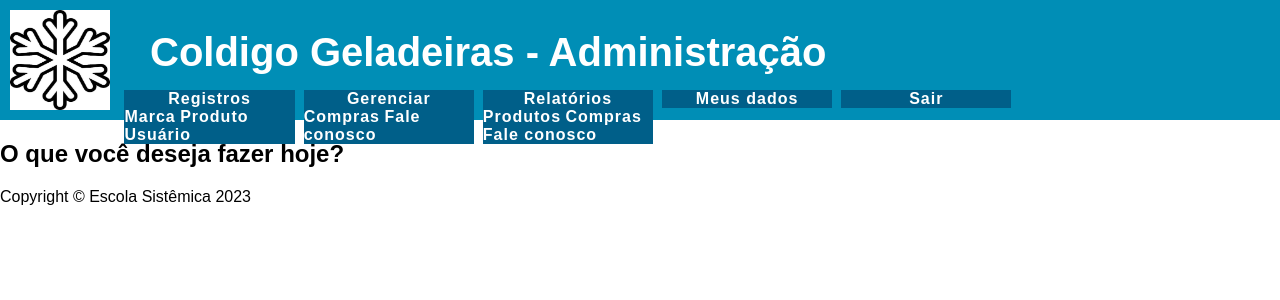
Repository: CarlosLaurindo1/siteGeladeiras
Page: ProjetoTrilhaWeb/src/main/webapp/pages/admin/index.html
An editor plug-in stored every save of this project. The page is shown before and after the next save, followed by the edit.
The browser window is 1280 px wide. The pictures show the whole page.

Above is the page before, as saved 2023-06-21 00:08:50.

After the next save:
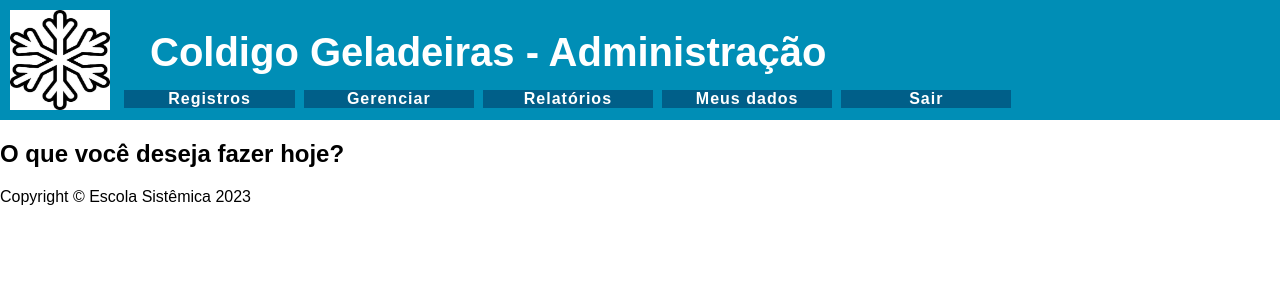
Saved 114 s later.
--- a/ProjetoTrilhaWeb/src/main/webapp/css/admin.css
+++ b/ProjetoTrilhaWeb/src/main/webapp/css/admin.css
@@ -55,3 +55,20 @@
 nav .opcao:hoover{
 	background-color: #83afd3;
 }
+
+.dropdown{
+	position: relative;
+	display: inline-block;
+}
+
+.dropdown-content{
+	display: none;
+	position: absolute;
+	background-color: #005f89;
+	z-index: 2;
+	width: 100%;
+}
+
+.dropdown-content a{
+	display: block;
+}
